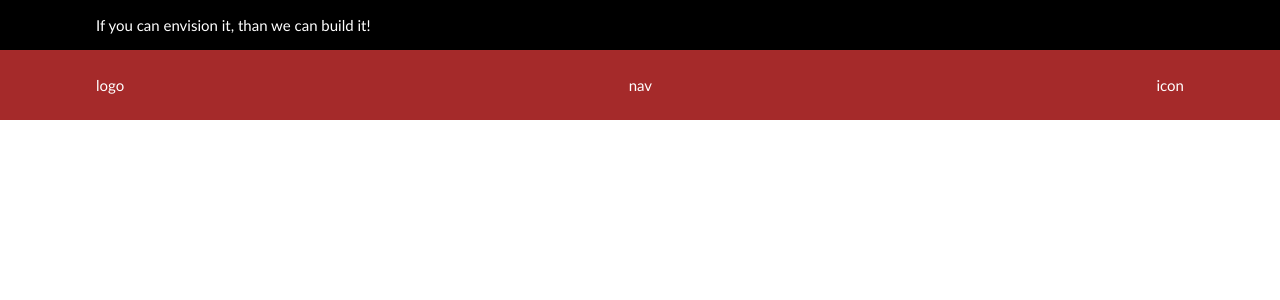
Repository: samuelsemako/Zose.com
Page: http://localhost/
These files come from the project's save history. The page is drawn as it stood at one moment and after a run of saves; the edit follows.
The browser window is 1280 px wide. The pictures show the whole page.
Some web fonts or font styles are not loaded; a fallback is used. The page is run by PHP 8.4 with error messages shown; the project is at /var/www/html/.

Above is the page before, as saved 2024-05-16 18:22:51.

After the next 4 saves:
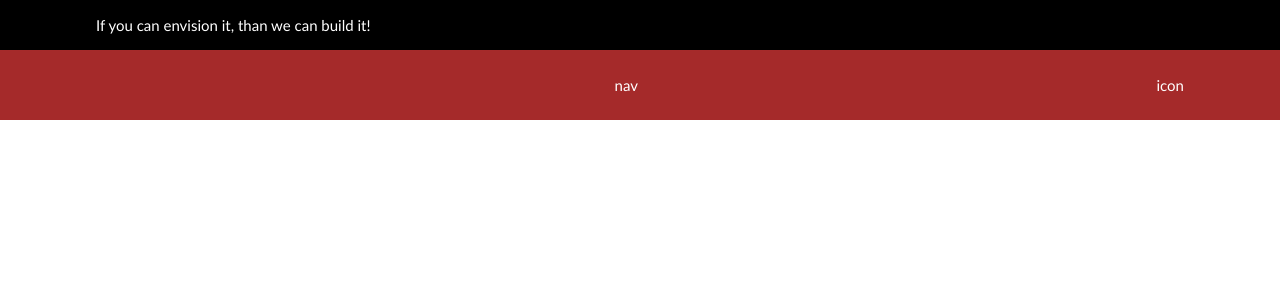
The 4 saves are shown as one change because they came seconds apart.
The last was saved 24 s later.
--- a/index.php
+++ b/index.php
@@ -24,7 +24,9 @@
 
 		<div class="bottom-div">
 			<div class="inner-div">
-				<div>logo</div>
+				<div>
+					<img src="" alt="">
+				</div>
 				<div>nav</div>
 				<div>icon</div>
 			</div>
